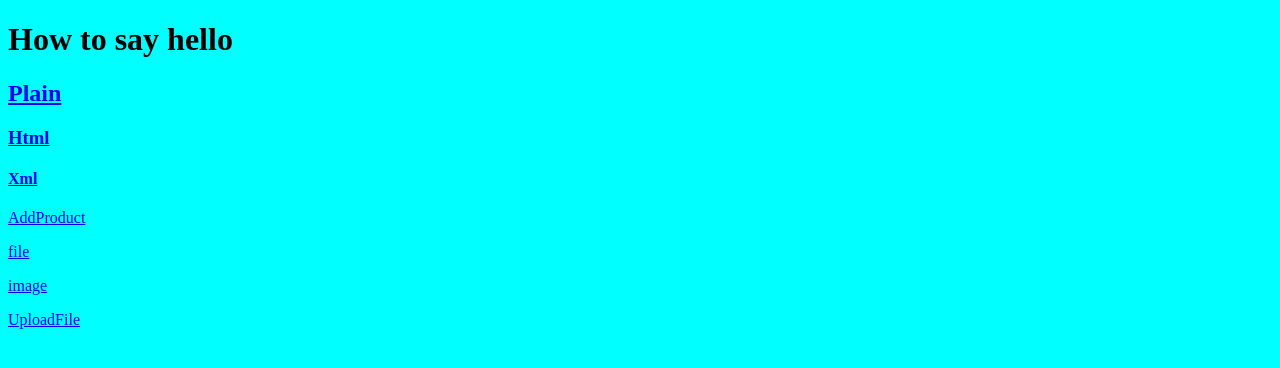
Repository: nishita-khandelwal/Zen-Training
Page: Restfulwebservices/TrivagoHotels/index.html
An editor plug-in stored every save of this project. The page is shown before and after the next save, followed by the edit.
The browser window is 1280 px wide. The pictures show the whole page.

Above is the page before, as saved 2019-07-25 22:20:38.

### Restfulwebservices/TrivagoHotels/index.html
<!DOCTYPE html>
<html>
<head>
<meta charset="ISO-8859-1">
<title>Trivago Home</title>
<style type="text/css">
body{
     background-color:cyan;
     }

</style>
</head>
<body>
<h1>How to say hello</h1>
<h2><a href="http://localhost:8010/HelloWebService/zenrest/zenhello">Plain</a></h2>
<h3><a href="http://localhost:8010/HelloWebService/zenrest/zenhello/welcome">Html</a></h3>
<h4><a href="http://localhost:8010/HelloWebService/zenrest/zenhello/welcomexml">Xml</a></h4>
<p><a href="AddProduct.html">AddProduct</a></p>
<p><a href="http://localhost:8010/HelloWebService/zenrest/files/txt">file</a>
<p><a href="http://localhost:8010/HelloWebService/zenrest/files/image">image</a>
<p><a href="http://localhost:8010/HelloWebService/zenrest/UploadFile.html">UploadFile</a>
</body>
</html>

After the next save:
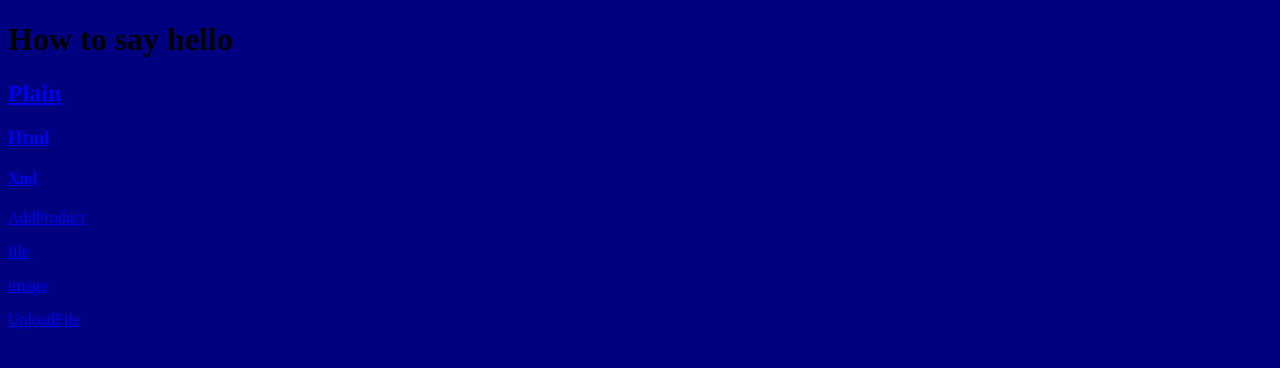
Saved 5 min 25 s later.
--- a/Restfulwebservices/TrivagoHotels/index.html
+++ b/Restfulwebservices/TrivagoHotels/index.html
@@ -5,7 +5,7 @@
 <title>Trivago Home</title>
 <style type="text/css">
 body{
-     background-color:cyan;
+     background-color:navy;
      }
 
 </style>
